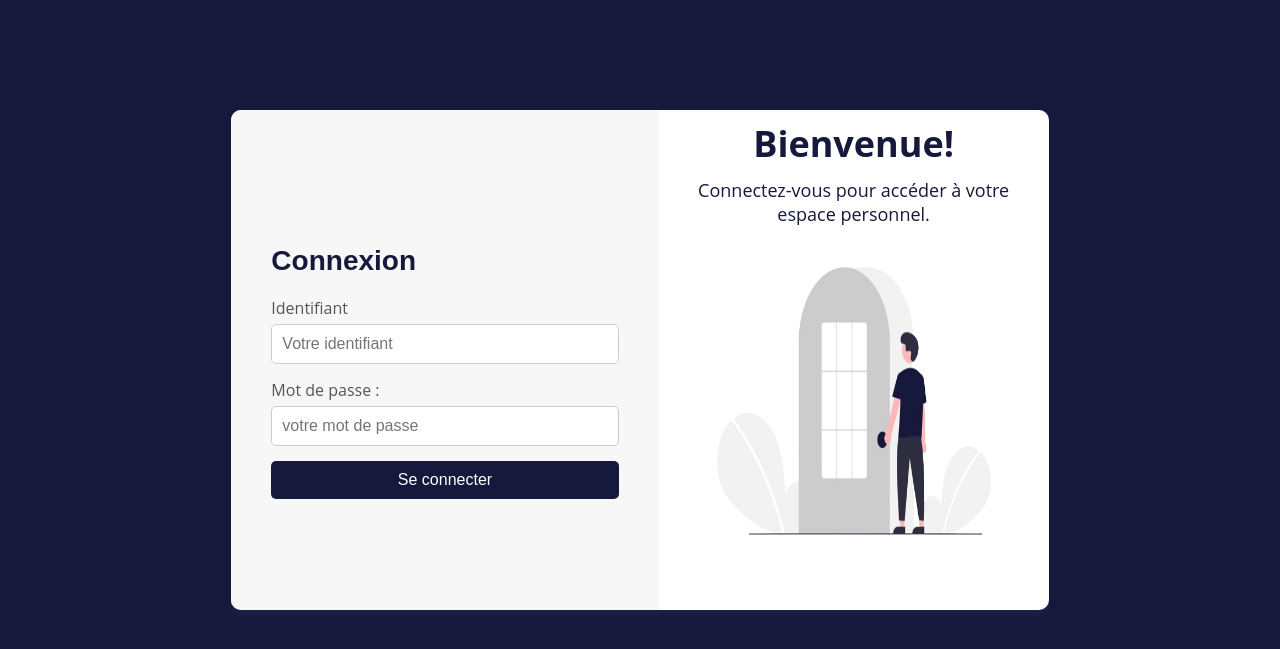
Repository: ndiawar/ProjetGab
Page: home.html
An editor plug-in stored every save of this project. The page is shown before and after the next save, followed by the edit.
The browser window is 1280 px wide. The pictures show the whole page.

Above is the page before, as saved 2024-08-07 14:11:13.

### home.html
<!DOCTYPE html>
<html lang="fr">
<head>
    <meta charset="UTF-8">
    <meta name="viewport" content="width=device-width, initial-scale=1.0">
    <link rel="stylesheet" href="style.css">
    <title>Page de Connexion</title>
</head>
<body>
    <div class="login-container">
        <!-- Section de formulaire -->
        <div class="login-form">
            <h2>Connexion</h2>
            <form>
                <div class="form-group">
                    <label for="identifiant">Identifiant</label>
                    <input type="text" id="identifiant" name="identifiant" placeholder="Votre identifiant" required>
                </div>
                <div class="form-group">
                    <label for="password">Mot de passe :</label>
                    <input type="password" id="password" name="password" placeholder="votre mot de passe" required>
                </div>
                <button type="submit">Se connecter</button>
            </form>
        </div>

        <!-- Section de bienvenue -->
        <div class="welcome-section">
            <div class="welcome-content">
                <h1>Bienvenue!</h1>
                <p>Connectez-vous pour accéder à votre espace personnel.</p>
                <img src="./image/accueil.png" alt="Logo" class="logo">
            </div>
        </div>
    </div>
</body>
</html>

### style.css
:root {
    /* Définition des couleurs de base */
    --blue-sky-1: #16193B; /* Bleu nuit */
    --blue-sky-2: #35478C; /* Bleu foncé */
    --blue-sky-3: #4E7AC7; /* Bleu vif */
    --blue-sky-4: #7FB2F0; /* Bleu clair */
    --blue-sky-5: #ADD5F7; /* Bleu très clair */
    --Noir-6: #000000; /* Noir */
    --Blanc-7: #ffffff; /* Blanc */

    /* Utilisation des couleurs pour différents éléments */
    --color-title: var(--blue-sky-1); /* Couleur pour les titres */
    --color-subtitle: var(--blue-sky-3); /* Couleur pour les sous-titres */
    --color-paragraph: var(--blue-sky-2); /* Couleur pour les paragraphes */
    --color-border: var(--blue-sky-4); /* Couleur pour les bordures */
    --color-backgroundFoncé: var(--blue-sky-1); /* Couleur de fond foncée */
    --color-background: var(--blue-sky-5); /* Couleur de fond général */
    --color-text: var(--Noir-6); /* Couleur pour le texte de fond */
    --color-white: var(--Blanc-7); /* Couleur blanche pour le texte de fond d'une balise */

    /* Polices */
    --font-title: 'Montserrat', sans-serif;
    --font-text: 'Open Sans', sans-serif;
    --font-subtitle: 'Roboto', sans-serif;

    /* Taille de police standard et poids */
    --font-size-normal: 16px; /* Taille de police standard pour le texte */
    --font-size-title: 28px; /* Taille de police pour les grands titres */
    --font-size-subtitle: 20px; /* Taille de police pour les sous-titres */
    --font-weight-normal: 400; /* Poids normal de la police */
    --font-weight-bold: 700; /* Poids en gras */
    /* Pour le profil la taille du nom et du sous-titre */
    --font-size-titleProfil: 45px;
    --font-size-subtitleProfil: 30px;
}


/*Initialisation de notre body pour supprimer les marges et choix du type de police pour notre site*/


/*Initialisation de notre body pour supprimer les marges et choix du type de police pour notre site*/
* {
  box-sizing: border-box;
}

/* Style global pour le corps de la page */
body, html {
    margin: 0;
    padding: 0;
    color: var(--color-text);
    font-family: var(--font-text);
    font-size: var(--font-size-normal);
    font-weight: var(--font-weight-normal);
    overflow-x: hidden;
    height: 100%;
    display: flex;
    align-items: center;
    justify-content: center;
    background-color: var(--color-backgroundFoncé);/**/
}

/* Conteneur principal qui tient la page de connexion */
.login-container {
    display: flex;
    width: 100%;
    max-width: 900px;
    height: 500px;
    background-color: #fff;
    box-shadow: 0 4px 8px rgba(101, 150, 214, 0.1);
    border-radius: 10px;
    overflow: hidden;
}

/* Style pour la section du formulaire de connexion */
.login-form {
    flex: 1;
    padding: 40px;
    background-color: #f7f7f7;
    display: flex;
    flex-direction: column;
    justify-content: center;
}

/* Style pour les titres et formulaires dans la section de connexion */
.login-form h2 {
    margin-bottom: 20px;
    color: var(--color-title);
    font-size: var(--font-size-title);
    font-family: var(--font-title);
    font-weight: var(--font-weight-bold);
}

.form-group {
    margin-bottom: 15px;
    font-size: var(--font-subtitle);
    font-weight: var(--font-weight-normal);
    font-family: var(--font-text);
    color: var(--color-title);
}

.form-group label {
    display: block;
    margin-bottom: 5px;
    color: #555;
}

.form-group input {
    width: 100%;
    padding: 10px;
    border: 1px solid #ccc;
    border-radius: 5px;
    font-size: 16px;
    box-sizing: border-box;
}

button {
    width: 100%;
    padding: 10px;
    background-color: var(--color-backgroundFoncé);
    color: white;
    border: none;
    border-radius: 5px;
    font-size: 16px;
    cursor: pointer;
    transition: background-color 0.3s ease;
}

button:hover {
    background-color: var(--color-border);
}

/* Style pour la section de bienvenue avec le logo */
.welcome-section {
    flex: 1;
    display: flex;
    align-items: center;
    justify-content: center;
    color: var(--color-backgroundFoncé);
}

.welcome-content {
    text-align: center;
    padding: 20px;
}

.logo {
    width: 350px;
    height: 350px;
    margin-bottom: 20px;
}

.welcome-section h1 {
    margin: 0 0 10px;
    font-size: 36px;
}

.welcome-section p {
    font-size: 18px;
    margin: 0;
}

After the next save:
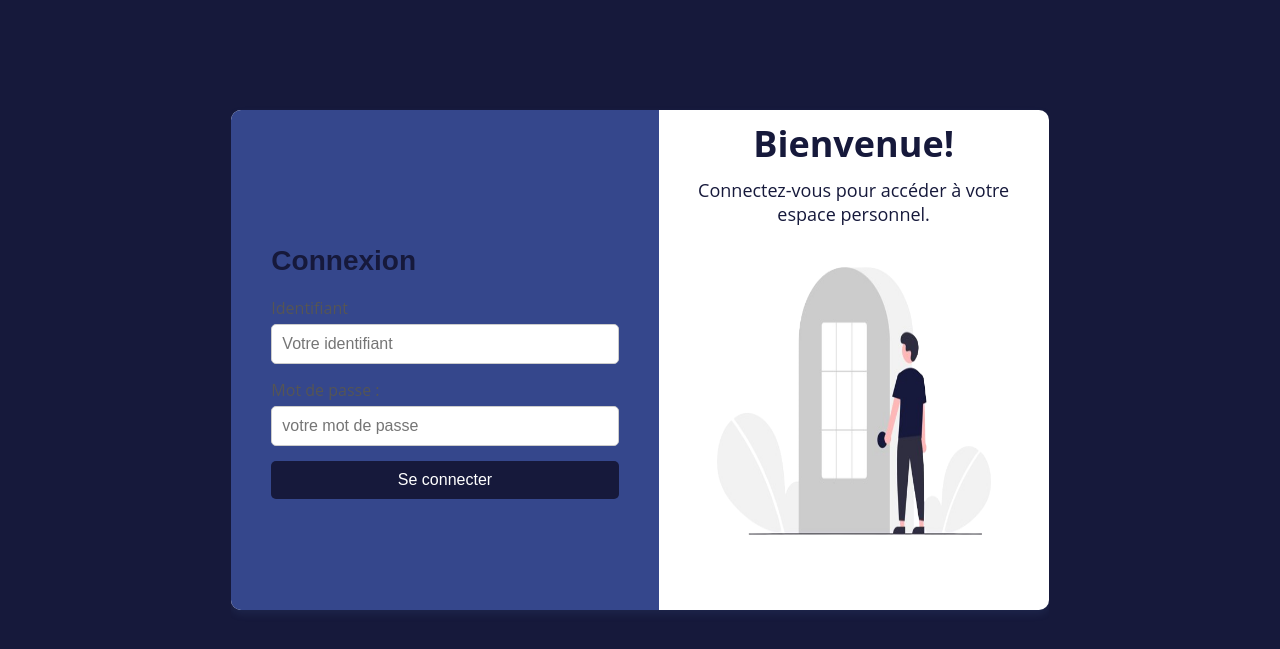
Saved 2 min 46 s later.
--- a/style.css
+++ b/style.css
@@ -75,7 +75,7 @@
 .login-form {
     flex: 1;
     padding: 40px;
-    background-color: #f7f7f7;
+    background-color: var(--color-paragraph);
     display: flex;
     flex-direction: column;
     justify-content: center;

After the save that followed:
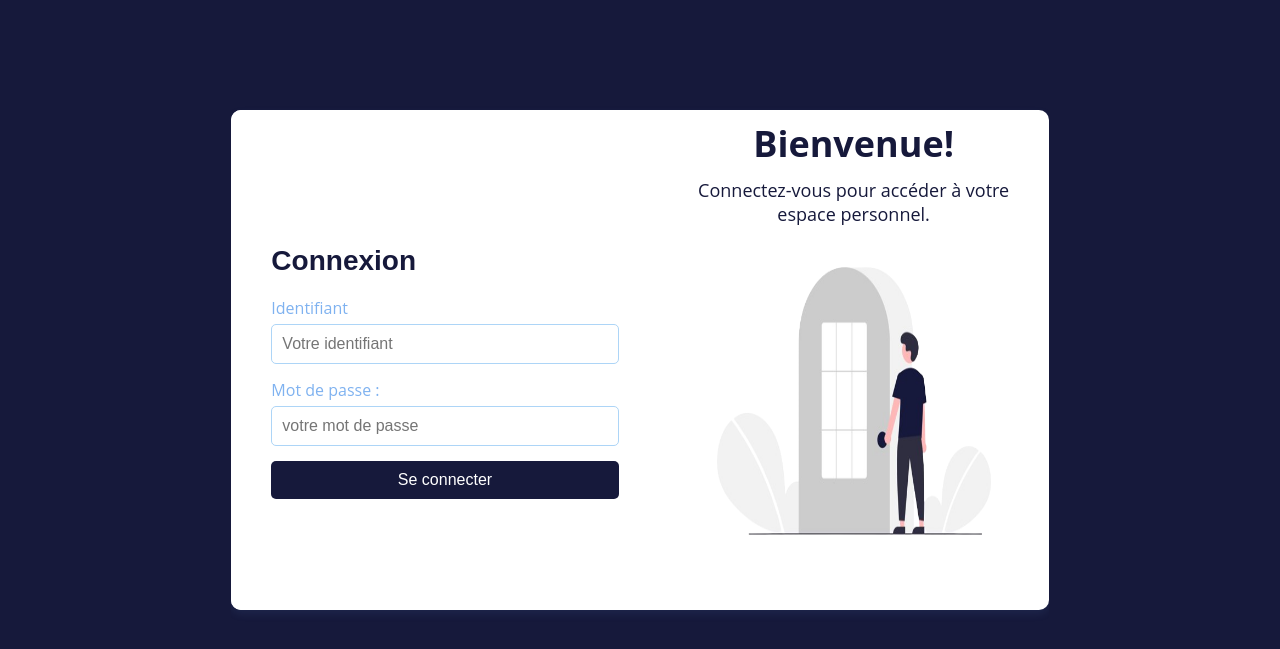
Saved 97 s later.
--- a/style.css
+++ b/style.css
@@ -65,7 +65,7 @@
     width: 100%;
     max-width: 900px;
     height: 500px;
-    background-color: #fff;
+    background-color: var(--color-white);
     box-shadow: 0 4px 8px rgba(101, 150, 214, 0.1);
     border-radius: 10px;
     overflow: hidden;
@@ -75,7 +75,7 @@
 .login-form {
     flex: 1;
     padding: 40px;
-    background-color: var(--color-paragraph);
+    background-color: var(--color-white);
     display: flex;
     flex-direction: column;
     justify-content: center;
@@ -101,13 +101,13 @@
 .form-group label {
     display: block;
     margin-bottom: 5px;
-    color: #555;
+    color: var(--color-border);
 }
 
 .form-group input {
     width: 100%;
     padding: 10px;
-    border: 1px solid #ccc;
+    border: 1px solid var(--color-background);
     border-radius: 5px;
     font-size: 16px;
     box-sizing: border-box;
@@ -117,7 +117,7 @@
     width: 100%;
     padding: 10px;
     background-color: var(--color-backgroundFoncé);
-    color: white;
+    color: var(--color-white);
     border: none;
     border-radius: 5px;
     font-size: 16px;
